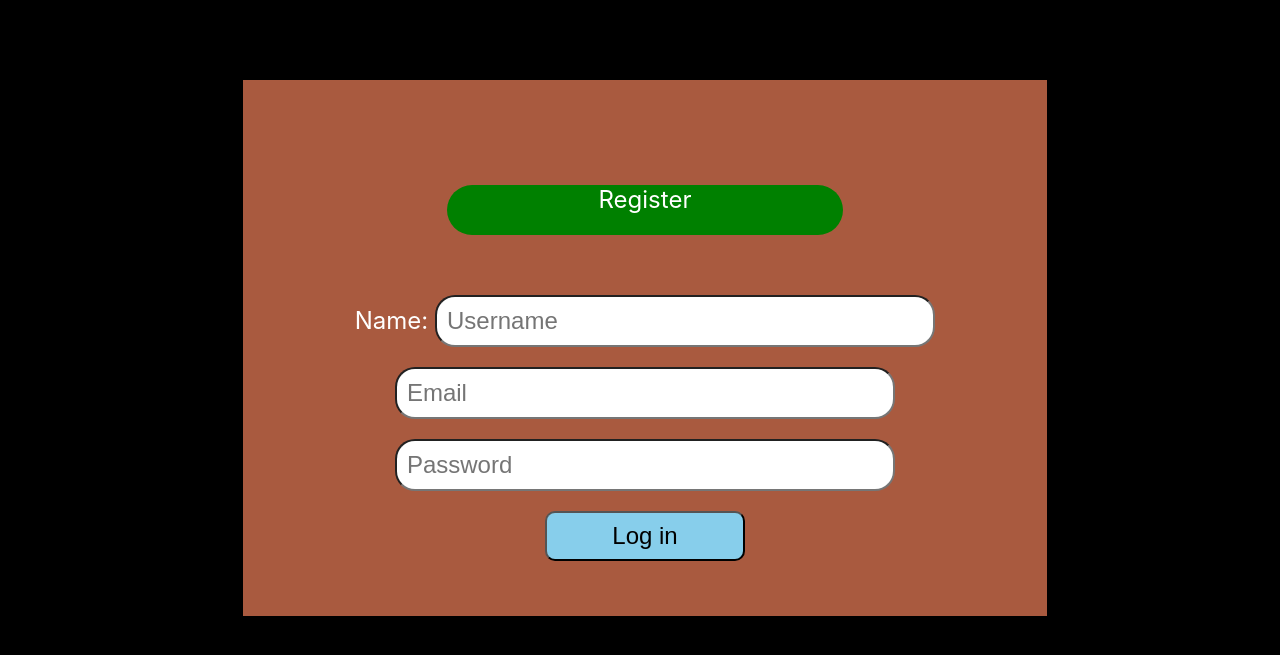
Repository: abhaysharma20233009/swiftKey
Page: /login (app in frontend/my-app/)
These files come from the project's save history. The page is drawn as it stood at one moment and after the next save; the edit follows.
The browser window is 1280 px wide. The pictures show the whole page.
The project was rebuilt for these pictures with package versions that can differ from the ones it lists, and the page was loaded fresh each time. Also part of the build but not shown: frontend/my-app/src/Swifts.js, frontend/my-app/src/Results.js.

Above is the page before, as saved 2024-10-10 20:08:22.

### frontend/my-app/src/App.js
//App.js

import './App.css';
import React from 'react';
import { BrowserRouter as Router, Route, Routes } from 'react-router-dom';
import Swift from './Swifts';
import Results from './Results';
import Login from './Login';
const App = () => {
    return (
        <Router>
			<div className="App">
            <Routes>
                <Route path="/" element={<Swift />} />
                <Route path="/results" element={<Results />} />
                <Route path="/login" element={<Login />} />
            </Routes>
			</div>
        </Router>
    );
};

export default App;

### frontend/my-app/src/App.css
.App {
  text-align: center;
  color:white;
}

body{
  background-color:black;
}

.log{
  color:black;
  margin-left: 10px;
  margin-right: 10px;
  background-color: skyblue;
  border-radius: 10px;
  height:50px;
  width:200px;
  justify-self: end;
  font-size: x-large;
  margin-top:10px;
  margin-bottom:50px;
}




.in{
  border-radius:20px;
  font-size: 24px;
  width: 60%;
  padding: 10px;
  margin: 10px 0;
}

.hea{
  margin-top: 100px;
  margin-bottom: 50px;
  margin-left:25%;
  background-color: lightgray;
  font-size: 24px;
  background-color:green;
  width:50%;
  height:50px;
  border-radius:30px;
  text-align: center;
}

.lo{
  text-align:center;
}
.Timer{
  height:50px;
  font-size:30px;
  margin-bottom: 10px;
  background-color:green;
  width:50px;
  margin-left:48%;
  border-radius: 15px;
}

.form{
  font-size: 24px;
  margin-top:80px;
  padding:5px;
  background-color:rgb(169, 90, 63);
  width:62%;
  margin-left:19%;
}

### frontend/my-app/src/Login.js
// Register.js
import React, { useState } from 'react';
import { useNavigate } from 'react-router-dom';
const Login = () => {
    const [username, setUsername] = useState('');
    const [email, setEmail] = useState('');
    const [password, setPassword] = useState('');

    const navigate = useNavigate();
    const fetchUser = async () => {
        try {
            await fetch('http://localhost:7000/login');

        } catch (error) {
            console.error('Error fetching messages:', error);
        }
    };

    const log = async () => {
        try {
            navigate('/', { state: { username,email } });
            const response = await fetch('http://localhost:7000/login', {
                method: 'POST',
                headers: {
                    'Content-Type': 'application/json',
                },
                body: JSON.stringify({ userName: username, email, password }),
            });

            if (!response.ok) {
                const errorData = await response.json();
                alert(errorData.message || errorData.error);
                return;
            }else{
                alert("user successfully registered");
            }
            // Reset fields
            setUsername('');
            setPassword('');

            // Navigate to Swifts with username

            await fetchUser();

        } catch (error) {
            console.error('Error login:', error);
        }
    }


    return (
        <div>

            <form className ="form">
            <div  className='hea'>Register</div>
               Name: <input
                    className="in"
                    type="text"
                    placeholder="Username"
                    value={username}
                    onChange={(e) => setUsername(e.target.value)}
                    required
                />
                <br/>
                <input
                className="in"
                    type="email"
                    placeholder="Email"
                    value={email}
                    onChange={(e) => setEmail(e.target.value)}
                    required
                />
                <br/>
                <input

                className="in"
                    type="password"
                    placeholder="Password"
                    value={password}
                    onChange={(e) => setPassword(e.target.value)}
                    required
                />
                <br/>
                <button className="log" onClick={log}>Log in</button>
            </form>
        </div>
    );
};

export default Login;

Loaded but not shown: frontend/my-app/public/index.html (common file); frontend/my-app/src/index.js (common file); frontend/my-app/src/index.css (common file); frontend/my-app/src/reportWebVitals.js (common file)

After the next save:
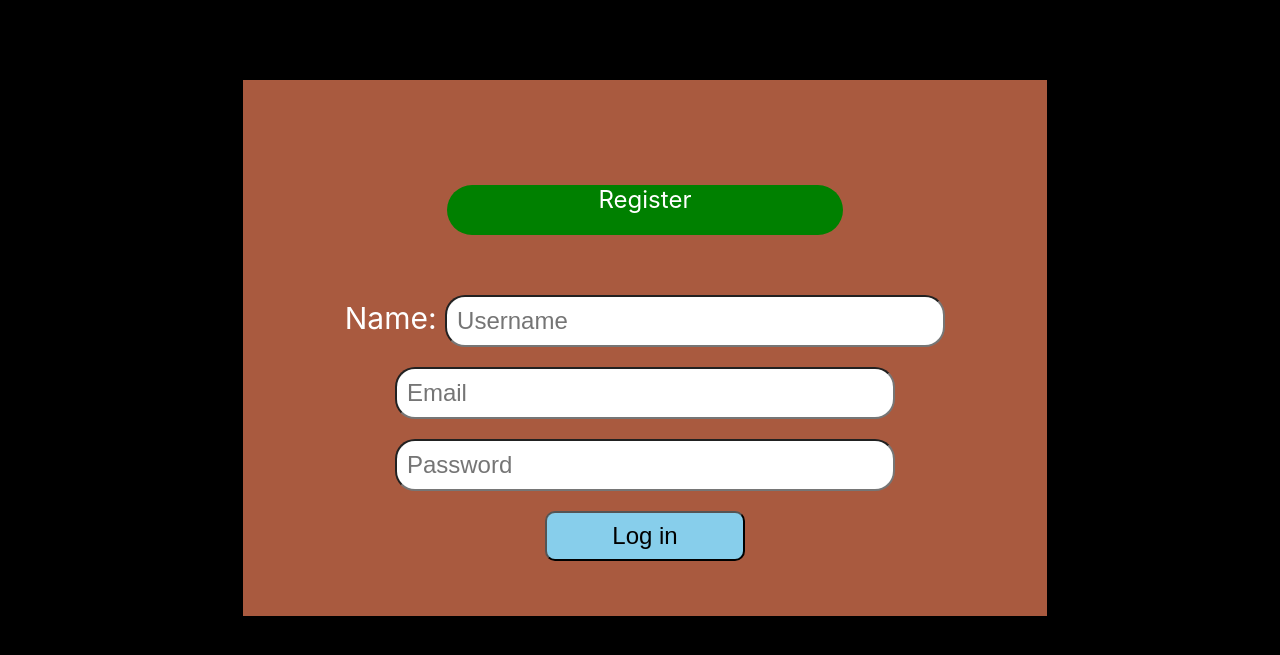
Saved 16 s later.
--- a/frontend/my-app/src/App.css
+++ b/frontend/my-app/src/App.css
@@ -59,7 +59,7 @@ body{
 }
 
 .form{
-  font-size: 24px;
+  font-size: 30px;
   margin-top:80px;
   padding:5px;
   background-color:rgb(169, 90, 63);
